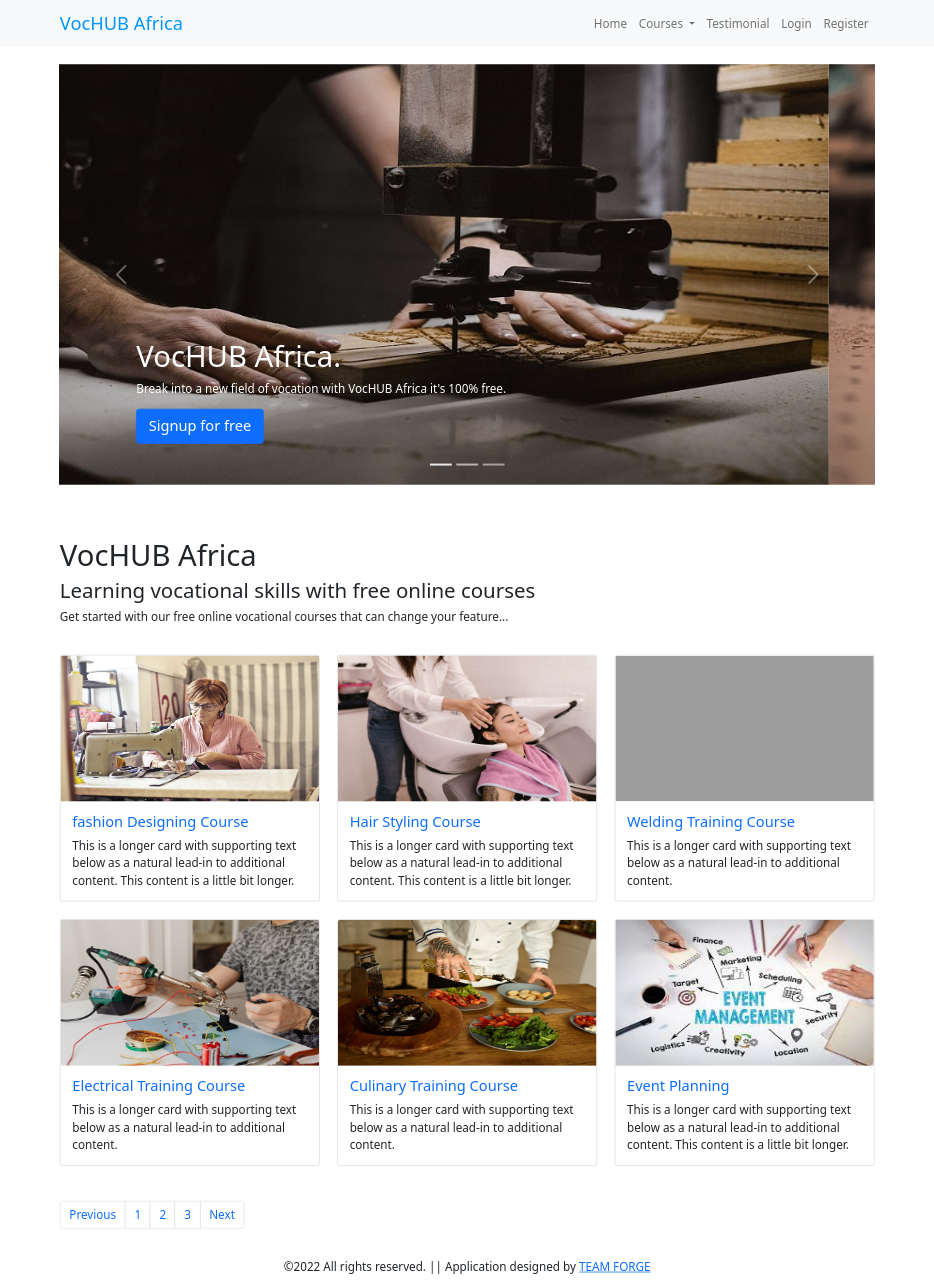
Repository: EKem01/VocHUB-Africa-Project
Page: / (app in client/)
These files come from the project's save history. The page is drawn as it stood at one moment and after the next save; the edit follows.
The browser window is 1280 px wide. The pictures show the whole page, at 73% of full size.
Pictures or frames that could not be fetched are drawn as grey boxes. The project was rebuilt for these pictures with package versions that can differ from the ones it lists, and the page was loaded fresh each time. Also part of the build but not shown: client/angular.json.

Above is the page before, as saved 2022-06-13 22:54:43.

After the next save:
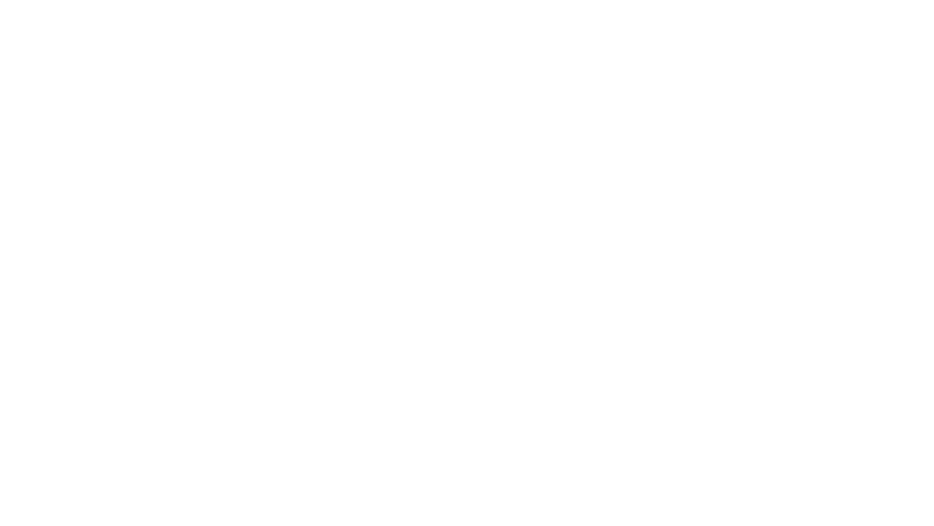
Saved 28 s later.
--- a/client/src/app/components/courses/hair-styling/hair-styling.component.html
+++ b/client/src/app/components/courses/hair-styling/hair-styling.component.html
@@ -4,7 +4,7 @@
     <hr>
     <div class="title-mb3">
         <img class="ig" src="assets/img/saloon_2.jpg" alt="saloon_2"><br><br>
-        <p><span style="color: orange;">Fashion <span style="color: skyblue;"></span> Design</span> <br>
+        <p><span style="color: orange;">Fashion <span style="color: skyblue;"></span> Design <br>
             Fashion design is the specialty of the use of design and style or regular magnificence to attire and
             adornments. Importance of Fashion designing is impacted by social and social scopes and has fluctuated after
             some time and place. Fashion designers work in various courses in designing garments and embellishments.

After the save that followed:
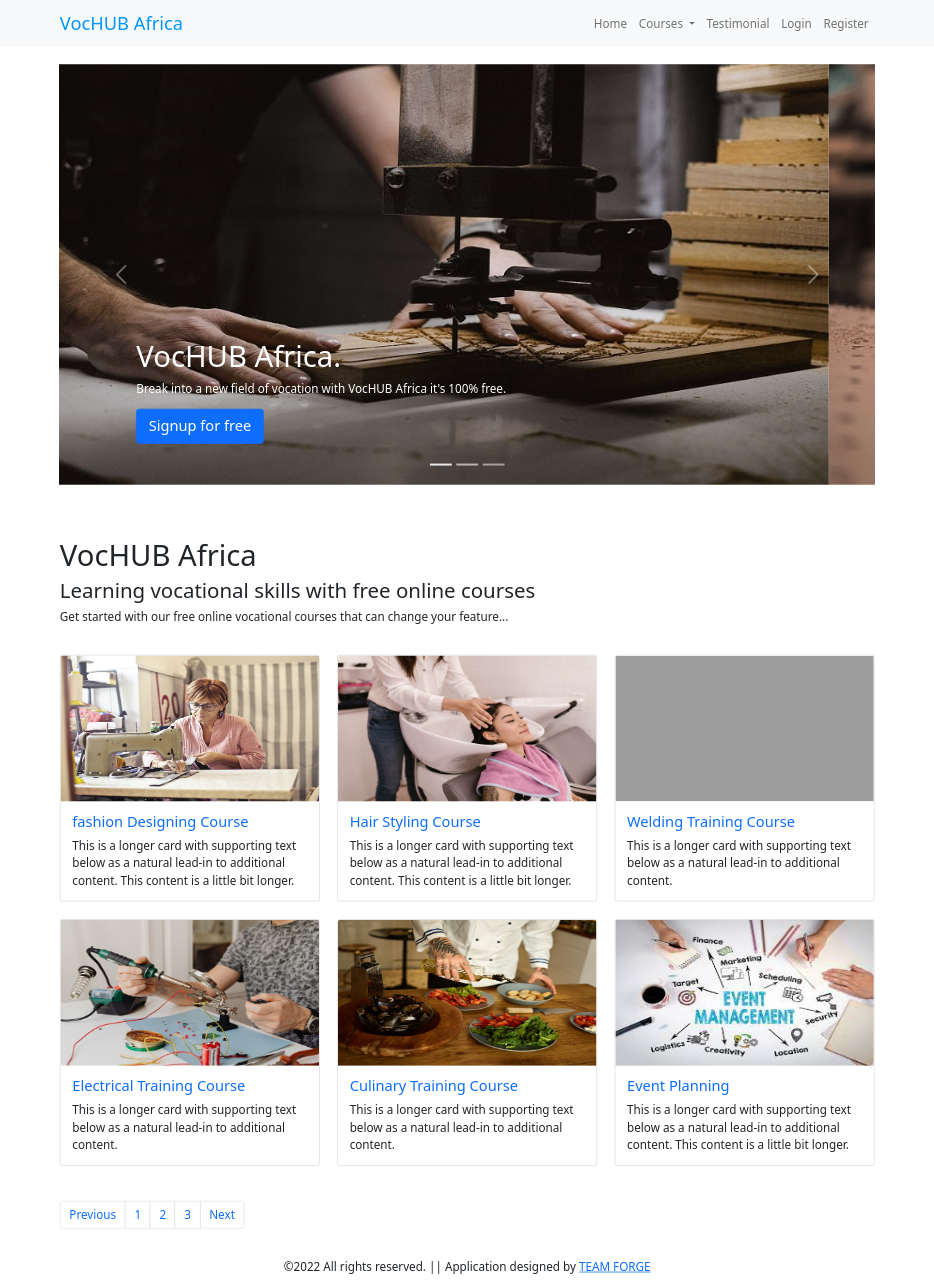
Saved 4 s later.
--- a/client/src/app/components/courses/hair-styling/hair-styling.component.html
+++ b/client/src/app/components/courses/hair-styling/hair-styling.component.html
@@ -4,7 +4,7 @@
     <hr>
     <div class="title-mb3">
         <img class="ig" src="assets/img/saloon_2.jpg" alt="saloon_2"><br><br>
-        <p><span style="color: orange;">Fashion <span style="color: skyblue;"></span> Design <br>
+        <p><span style="color: orange;">Fashion</span> <span style="color: skyblue;"></span> Design <br>
             Fashion design is the specialty of the use of design and style or regular magnificence to attire and
             adornments. Importance of Fashion designing is impacted by social and social scopes and has fluctuated after
             some time and place. Fashion designers work in various courses in designing garments and embellishments.
